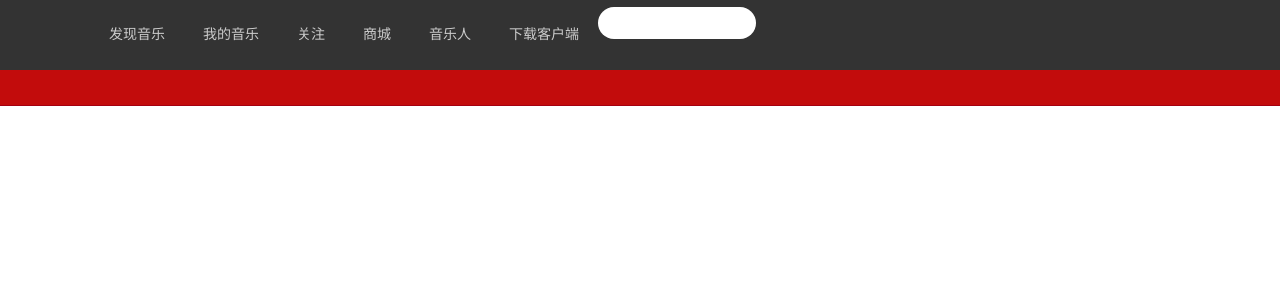
Repository: xtcgjk/-
Page: /
The author's editor kept a copy of each file at every save. The page is drawn from the files as they stood at one save, then again after the next save.
The browser window is 1280 px wide. The pictures show the whole page.
The project was rebuilt for these pictures with package versions that can differ from the ones it lists, and the page was loaded fresh each time.

Above is the page before, as saved 2022-02-23 16:22:31.

### index.html
<!DOCTYPE html>
<html>
  <head>
    <meta charset="utf-8" />
    <meta name="viewport" content="width=device-width,initial-scale=1.0" />
    <title>vue-music</title>
  </head>
  <body>
    <div id="app"></div>
    <!-- built files will be auto injected -->
  </body>
</html>
<style>
  body {
    margin: 0;
    padding: 0;
  }
</style>

### src/main.js
// The Vue build version to load with the `import` command
// (runtime-only or standalone) has been set in webpack.base.conf with an alias.
import Vue from "vue";
import App from "./App";
import router from "./routers";
import http from "./axios/index";
import ElementUI from "element-ui";
import "element-ui/lib/theme-chalk/index.css";

Vue.use(ElementUI);
Vue.prototype.$http = http;

/* eslint-disable no-new */
new Vue({
  el: "#app",
  router,
  components: { App },
  template: "<App/>"
});

### src/App.vue
<template>
  <div id="app">
    <router-view></router-view>
  </div>
</template>

<script>
export default {
  name: "App",
  components: {},
};
</script>

<style>
/* #app {
  font-family: "Avenir", Helvetica, Arial, sans-serif;
  -webkit-font-smoothing: antialiased;
  -moz-osx-font-smoothing: grayscale;
  text-align: center;
  color: #2c3e50;
  margin-top: 60px;
} */
</style>

### src/routers/index.js
import Vue from "vue";
import VueRouter from "vue-router";
Vue.use(VueRouter);
const router = new VueRouter({
  mode: "history",
  routes: [
    {
      path: "/",
      redirect: "/music"
    },
    {
      path: "/music",
      component: () => import("@/views/music")
    }
  ]
});

export default router;

### src/axios/index.js
function http(userOptions) {
  console.log("成功了");
}

### src/views/music/index.vue
<template>
  <div id="container">
    <div></div>
    <Header />
    <Header2 />
  </div>
</template>

<script>
import Header from "../../components/header";
import Header2 from "../../components/header2";
export default {
  components: {
    Header,
    Header2,
  },
};
</script>
<style scoped>
</style>

### src/components/header/index.vue
<template>
  <div id="wrapper">
    <div id="header">
      <router-link to="">发现音乐</router-link>
      <router-link to="">我的音乐</router-link>
      <router-link to="">关注</router-link>
      <router-link to="">商城</router-link>
      <router-link to="">音乐人</router-link>
      <router-link to="">下载客户端</router-link>
      <div id="search"></div>
    </div>
  </div>
</template>

<script>
export default {
  name: "Header",
  data() {
    return {};
  },
};
</script>
<style scoped>
#wrapper {
  background-color: #333;
}
#header {
  width: 1100px;
  height: 70px;
  background-color: #333;
  margin: auto;
}
a {
  text-decoration: none;
  color: #ccc;
  font-style: normal;
  font-size: 14px;
  height: 70px;
  line-height: 70px;
  display: inline-block;
  padding: 0 19px;
}
#search {
  width: 158px;
  height: 32px;
  background-color: #fff;
  border-radius: 32px;
  display: inline-block;
}
</style>

### src/components/header2/index.vue
<template>
  <div id="header2"></div>
</template>
<script>
export default {
  name: "Header2",
  data() {
    return {};
  },
};
</script>
<style scoped>
#header2 {
  height: 35px;
  background-color: #c20c0c;
  border-bottom: 1px solid #a40011;
}
</style>

After the next save:
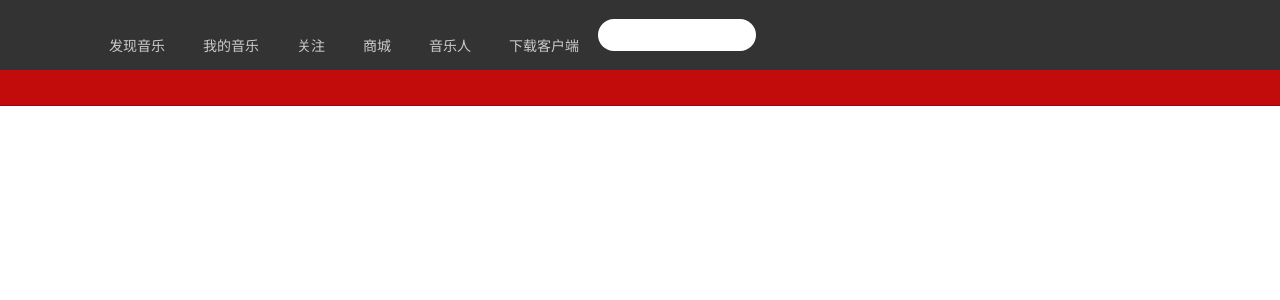
Saved 72 s later.
--- a/src/components/header/index.vue
+++ b/src/components/header/index.vue
@@ -46,5 +46,6 @@ a {
   background-color: #fff;
   border-radius: 32px;
   display: inline-block;
+  margin-top: 19px;
 }
 </style>
